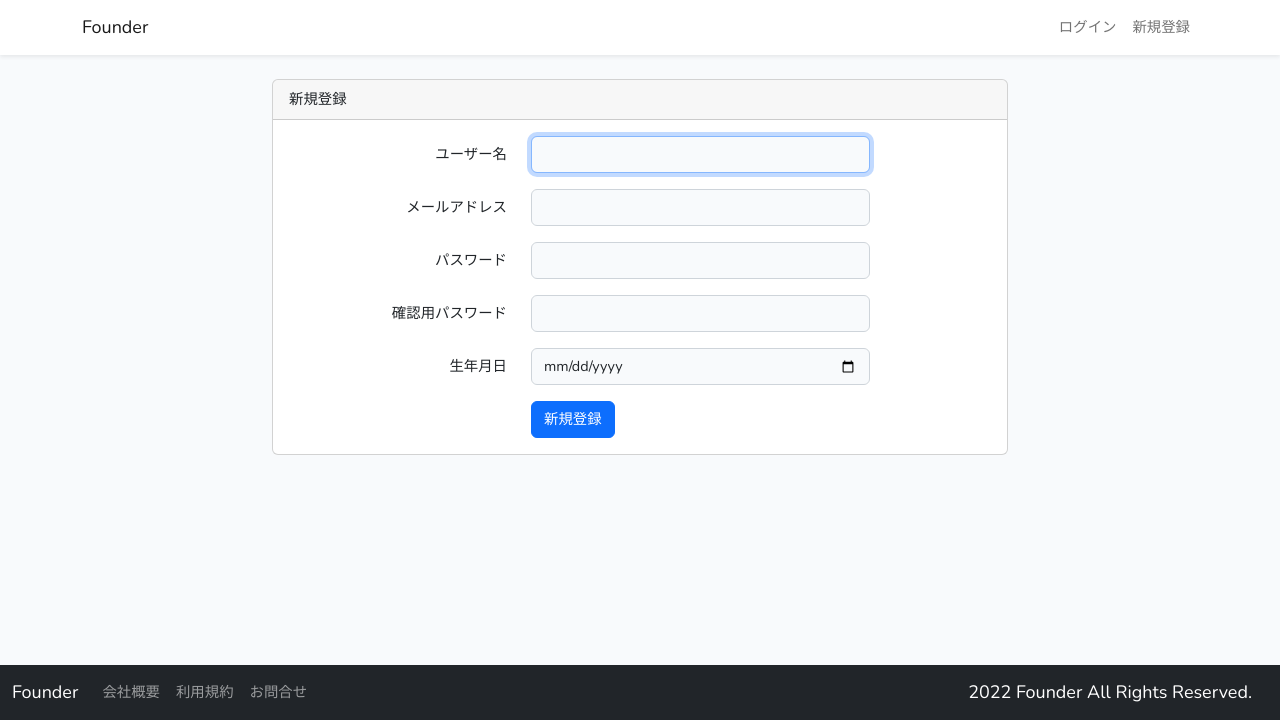
Repository: kazuro-yasuda/Founder_01
Page: http://localhost/register
The author's editor kept a record of every edit. The page is drawn from the files as they stood at one moment, then again after the next edit.
The browser window is 1280 px wide. The pictures show the whole page.
The page is served by the project's Laravel application, run on PHP 8.4 with Laravel 9. Other server files are loaded and not shown.

Above is the page before.
Console error: TypeError: Cannot set properties of null (setting 'onclick')

### cms/app/Providers/AppServiceProvider.php
<?php

namespace App\Providers;

use Illuminate\Support\ServiceProvider;
use Illuminate\Routing\UrlGenerator;//この行を追加

class AppServiceProvider extends ServiceProvider
{
    /**
     * Register any application services.
     *
     * @return void
     */
    public function register()
    {
        //
    }

    /**
     * Bootstrap any application services.
     *
     * @return void
     */
    public function boot(UrlGenerator $url)
    {
        $url->forceScheme('https');
    }
}

### cms/routes/web.php
<?php

use Illuminate\Support\Facades\Route;
use Illuminate\Http\Request;
use App\Http\Controllers\WelcomeFounderController;
use App\Http\Controllers\ItemsController;
use App\Http\Controllers\ItemController;
use App\Http\Controllers\ItemsAdminController;
use App\Http\Controllers\CompareController;
use App\Http\Controllers\MediumCategoryController;
use App\Http\Controllers\ImageController;
use App\Http\Controllers\ItemDetailController;



/*
|--------------------------------------------------------------------------
| Web Routes
|--------------------------------------------------------------------------
|
| Here is where you can register web routes for your application. These
| routes are loaded by the RouteServiceProvider within a group which
| contains the "web" middleware group. Now create something great!
|
*/
//[ ユーザー側の画面関係]

//トップページ表示
Route::get('/', [WelcomeFounderController::class, 'index']);

//中カテゴリーページ表示
Route::get('/categories',  [MediumCategoryController::class, 'index']);

//商品一覧ページ表示
Route::get('/items',   [ItemsController::class, 'index']);

// いいねボタン
 Route::post('/items/{item_id}', [ItemsController::class, 'nice']);

//商品詳細ページ表示
Route::get('/item/{id}', [ItemController::class, 'index']);


//「気になるボタン」uniteテーブル・中間テーブルに保存
Route::post('/compare/create', [CompareController::class, 'create']);

//「気になるボタン」比較ページ表示
Route::post('/compare/{item_unite_id}', [CompareController::class, 'intereste']);

//中間テーブルのデータをもとに比較画面表示
//Route::get('/compare/{unite_id}', [CompareController::class, 'index']);





//[ 管理者側の画面関係]
// ①商品の追加ダッシュボード表示(items_admin.blade.php)
 Route::get('/items_admin', [ItemsAdminController::class, 'index']);

 // ②商品を追加
 Route::post('/add_item', [ItemsAdminController::class, 'store']);


// //③商品更新処理
// Route::post('/@@@',[ItemsAdminController::class, 'update']);

// //④商品削除
// Route::delete('/@@@k/{@@@}',[ItemsAdminController::class, 'destroy']);


//画像アップロード画面表示
//Route::get('/image', [ImageController::class, 'index']);

//画像アップロード処理
//Route::post('/image/upload',[ImageController::class, 'upload']);




Auth::routes();

Route::get('/home', [App\Http\Controllers\HomeController::class, 'index'])->name('home');

### cms/resources/views/auth/register.blade.php
@extends('layouts.app')

@section('content')
<div class="container">
    <div class="row justify-content-center">
        <div class="col-md-8">
            <div class="card">
                <div class="card-header">{{ __('新規登録') }}</div>

                <div class="card-body">
                    <form method="POST" action="{{ route('register') }}">
                        @csrf

                         <!--会員種別-->
                        <!--<div class="row mb-3">-->
                        <!--    <label for="role_id" class="col-md-4 col-form-label text-md-end">{{ __('会員種別') }}</label>-->

                        <!--    <div class="col-md-6">-->
                        <!--        <input id="role_id" type="integer" class="form-control @error('role_id') is-invalid @enderror" name="role_id" value="{{ old('role_id') }}" required autocomplete="role_id" autofocus>-->

                        <!--        @error('role_id')-->
                        <!--            <span class="invalid-feedback" role="alert">-->
                        <!--                <strong>{{ $message }}</strong>-->
                        <!--            </span>-->
                        <!--        @enderror-->
                        <!--    </div>-->
                        <!--</div>-->

                        <!--ユーザー名-->
                        <div class="row mb-3">
                            <label for="name" class="col-md-4 col-form-label text-md-end">{{ __('ユーザー名') }}</label>

                            <div class="col-md-6">
                                <input id="name" type="string" class="form-control @error('name') is-invalid @enderror" name="name" value="{{ old('name') }}" required autocomplete="name" autofocus>

                                @error('name')
                                    <span class="invalid-feedback" role="alert">
                                        <strong>{{ $message }}</strong>
                                    </span>
                                @enderror
                            </div>
                        </div>



                        <!--メールアドレス-->
                        <div class="row mb-3">
                            <label for="email" class="col-md-4 col-form-label text-md-end">{{ __('メールアドレス') }}</label>

                            <div class="col-md-6">
                                <input id="email" type="string" class="form-control @error('email') is-invalid @enderror" name="email" value="{{ old('email') }}" required autocomplete="email">

                                @error('email')
                                    <span class="invalid-feedback" role="alert">
                                        <strong>{{ $message }}</strong>
                                    </span>
                                @enderror
                            </div>
                        </div>

                        <!--パスワード-->
                        <div class="row mb-3">
                            <label for="password" class="col-md-4 col-form-label text-md-end">{{ __('パスワード') }}</label>

                            <div class="col-md-6">
                                <input id="password" type="password" class="form-control @error('password') is-invalid @enderror" name="password" required autocomplete="new-password">

                                @error('password')
                                    <span class="invalid-feedback" role="alert">
                                        <strong>{{ $message }}</strong>
                                    </span>
                                @enderror
                            </div>
                        </div>

                         <!--確認用パスワード-->
                        <div class="row mb-3">
                            <label for="password-confirm" class="col-md-4 col-form-label text-md-end">{{ __('確認用パスワード') }}</label>

                            <div class="col-md-6">
                                <input id="password-confirm" type="string" class="form-control" name="password_confirmation" required autocomplete="new-password">
                            </div>
                        </div>


                         <!--性別-->
                        <!--<div class="row mb-3">-->
                        <!--    <label for="gender" class="col-md-4 col-form-label text-md-end">{{ __('性別') }}</label>-->

                        <!--    <div class="col-md-6">-->
                        <!--        <input id="gender" type="tinyint" class="form-control @error('gender') is-invalid @enderror" name="gender" value="{{ old('gender') }}" required autocomplete="gender" autofocus>-->

                        <!--        @error('gender')-->
                        <!--            <span class="invalid-feedback" role="alert">-->
                        <!--                <strong>{{ $message }}</strong>-->
                        <!--            </span>-->
                        <!--        @enderror-->
                        <!--    </div>-->
                        <!--</div>-->

                        <!--生年月日-->
                        <div class="row mb-3">
                            <label for="birthday" class="col-md-4 col-form-label text-md-end">{{ __('生年月日') }}</label>

                            <div class="col-md-6">
                                <input id="birthday" type="date" class="form-control @error('birthday') is-invalid @enderror" name="birthday" value="{{ old('birthday') }}" required autocomplete="birthday" autofocus>

                                @error('birthday')
                                    <span class="invalid-feedback" role="alert">
                                        <strong>{{ $message }}</strong>
                                    </span>
                                @enderror
                            </div>
                        </div>



                        <!--送信ボタン-->
                        <div class="row mb-0">
                            <div class="col-md-6 offset-md-4">
                                <button type="submit" class="btn btn-primary">
                                    {{ __('新規登録') }}
                                </button>
                            </div>
                        </div>
                    </form>
                </div>
            </div>
        </div>
    </div>
</div>
@endsection

### cms/resources/views/layouts/app.blade.php
<!doctype html>
<html lang="{{ str_replace('_', '-', app()->getLocale()) }}">
<head>
    <meta charset="utf-8">
    <meta name="viewport" content="width=device-width, initial-scale=1">

    <!-- CSRF Token -->
    <meta name="csrf-token" content="{{ csrf_token() }}">

    <title>{{ config('app.name', 'Laravel') }}</title>

    <!-- Scripts -->
    <script src="{{ asset('js/app.js') }}" defer></script>
    <script src="{{ asset('js/intereste_btn.js') }}" defer></script>

    <!-- Fonts -->
    <link rel="dns-prefetch" href="//fonts.gstatic.com">
    <link href="https://fonts.googleapis.com/css?family=Nunito" rel="stylesheet">

    <!-- Styles -->
    <link href="{{ asset('css/app.css') }}" rel="stylesheet">
    <link href="{{ asset('css/items_ranking.css') }}" rel="stylesheet">

</head>
<body>
    <div id="app">
        <nav class="navbar navbar-expand-md navbar-light bg-white shadow-sm">
            <div class="container">

                <a class="navbar-brand" href="{{ url('/categories') }}">
                    {{ config('app.name', 'Founder') }}
                </a>
                <button class="navbar-toggler" type="button" data-bs-toggle="collapse" data-bs-target="#navbarSupportedContent" aria-controls="navbarSupportedContent" aria-expanded="false" aria-label="{{ __('Toggle navigation') }}">
                    <span class="navbar-toggler-icon"></span>
                </button>

                <div class="collapse navbar-collapse" id="navbarSupportedContent">
                    <!-- Left Side Of Navbar -->
                    <ul class="navbar-nav me-auto">

                    </ul>

                    <!-- Right Side Of Navbar -->
                    <ul class="navbar-nav ms-auto">
                        <!-- Authentication Links -->
                        @guest
                            @if (Route::has('login'))
                                <li class="nav-item">
                                    <a class="nav-link" href="{{ route('login') }}">{{ __('ログイン') }}</a>
                                </li>
                            @endif

                            @if (Route::has('register'))
                                <li class="nav-item">
                                    <a class="nav-link" href="{{ route('register') }}">{{ __('新規登録') }}</a>
                                </li>
                            @endif
                        @else
                            <li class="nav-item dropdown">
                                <a id="navbarDropdown" class="nav-link dropdown-toggle" href="#" role="button" data-bs-toggle="dropdown" aria-haspopup="true" aria-expanded="false" v-pre>
                                    {{ Auth::user()->name }}
                                </a>

                                <div class="dropdown-menu dropdown-menu-end" aria-labelledby="navbarDropdown">
                                    <a class="dropdown-item" href="{{ route('logout') }}"
                                       onclick="event.preventDefault();
                                                     document.getElementById('logout-form').submit();">
                                        {{ __('Logout') }}
                                    </a>

                                    <form id="logout-form" action="{{ route('logout') }}" method="POST" class="d-none">
                                        @csrf
                                    </form>
                                </div>
                            </li>
                        @endguest
                    </ul>
                </div>
            </div>
        </nav>

        <main class="py-4">
            @yield('content')
        </main>
    </div>



    <!--フッター-->
  <nav class="navbar fixed-bottom navbar-expand-sm navbar-dark bg-dark">
  <div class="container-fluid">
    <a class="navbar-brand" href="/">Founder</a>
    <button class="navbar-toggler" type="button" data-bs-toggle="collapse" data-bs-target="#navbarCollapse" aria-controls="navbarCollapse" aria-expanded="false" aria-label="Toggle navigation">
      <span class="navbar-toggler-icon"></span>
    </button>
    <div class="collapse navbar-collapse" id="navbarCollapse">
      <ul class="navbar-nav">

        <li class="nav-item">
          <a class="nav-link" href="#">会社概要</a>
        </li>
            <li class="nav-item">
          <a class="nav-link" href="#">利用規約</a>
        </li>
            <li class="nav-item">
          <a class="nav-link" href="#">お問合せ</a>
        </li>

      </ul>
      <a class="navbar-brand ms-auto bd-highlight">2022 Founder All Rights Reserved.</a>

    </div>
  </div>
</nav>


    <!--bootstrap-->
    <script src="https://cdn.jsdelivr.net/npm/bootstrap@5.0.2/dist/js/bootstrap.bundle.min.js" integrity="sha384-MrcW6ZMFYlzcLA8Nl+NtUVF0sA7MsXsP1UyJoMp4YLEuNSfAP+JcXn/tWtIaxVXM" crossorigin="anonymous"></script>

</body>
</html>

### cms/public/js/intereste_btn.js
function onchange(){

    //　①チェックが入ったら気になるボタンのhiddenにitem_idが追加される

    var inputs = document.querySelectorAll('input[type=checkbox]');
    console.log(inputs);




    // document.getElementById("hidden_item").value = "item_id";
    // console.log("test");

  //  let item_id = '1,2,3,4,5';
 //   item_id.split(',')  // ['1', '2', '3']


    // 　②上記で取得した値(item_id)を、比較ボタンのhidden(items[])に追加する
  //  document.getElementById("compare_item").value= "item_id";



}

console.log("testtest");

var inputs = document.querySelectorAll('input[type=checkbox]');
document.getElementById('compare').onclick = function(){
     for(var i=0; i<inputs.length; i++) {
         if(inputs[i].checked){
             console
         }
         console.log(inputs[i].value) ;
     }
    // somethingChanged();
}

console.log(inputs);
console.log("testtest2");



// function onchange() {

//     let element;
//     if(document.getElementById("checkbox").checked) {

//   　　　  // チェックが入っていたら、「比較画面」への送信ボタンのdisabledを外す
//         element = document.getElementById("compare");
//         element.disabled = false;

//     }else {
//         // チェックが外れていたら、「比較画面」への送信ボタンにdisabledを付ける
//         element = document.getElementById("compare");
//         element.disabled = true;
//     }

// }

### cms/public/css/items_ranking.css

.ranking {
  counter-reset: rank;
  list-style: none
}

.ranking li {
  position: relative;
  float: left;
}

.ranking li:not(:last-child) {
  margin-bottom: 10px;
}

.ranking li::before { /* ラベルのスタイル */
  content: "";
  position: absolute;
  border-bottom: 100px solid transparent;
  border-left: 100px solid rgba(0,0,0,0.8);
}

.ranking li::after { /* 順位（文字）のスタイル */
  counter-increment: rank;
  content: counter(rank) " 位";
  position: absolute;
  top: 10px;
  left: 10px;
  font-size: 1.2em;
  color: #fff;
}

Loaded but not shown: cms/app/Http/Controllers/Auth/ConfirmPasswordController.php (common file); cms/app/Http/Controllers/Controller.php (common file); cms/app/Http/Controllers/Auth/RegisterController.php (common file); cms/public/css/app.css (library)

After the next edit:
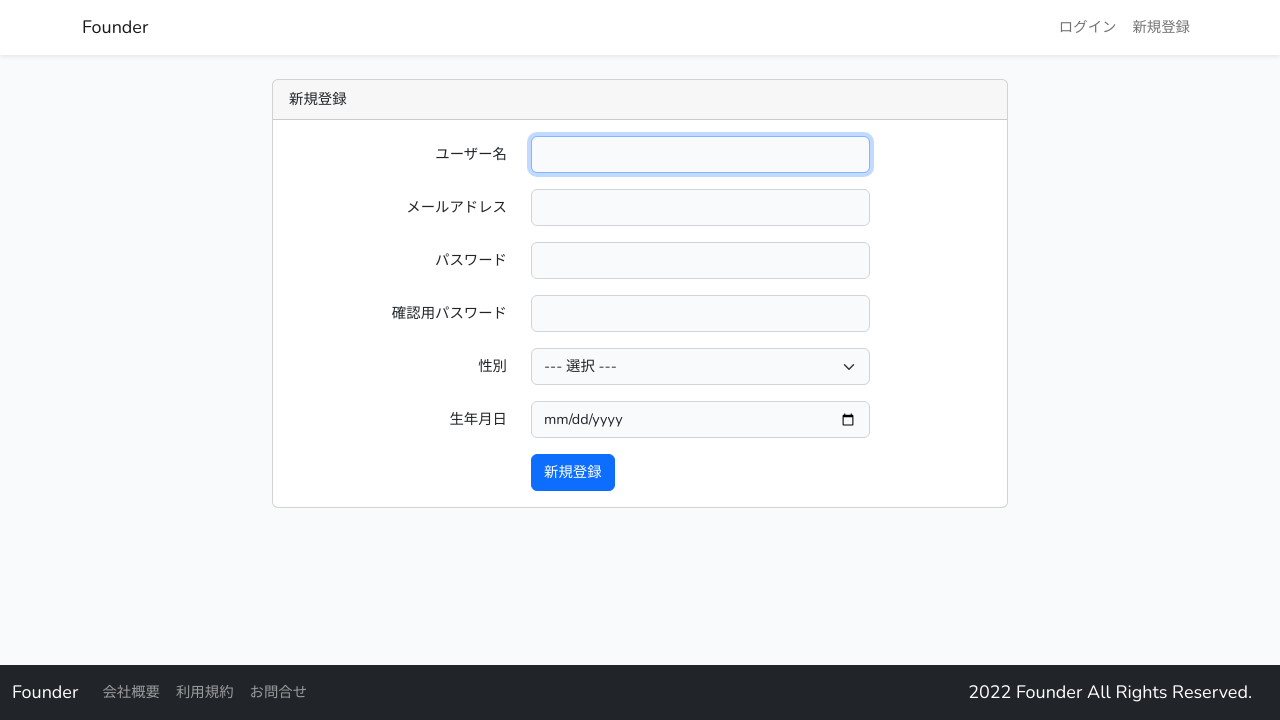
The edit:
--- a/cms/resources/views/auth/register.blade.php
+++ b/cms/resources/views/auth/register.blade.php
@@ -84,19 +84,25 @@
 
 
                          <!--性別-->
-                        <!--<div class="row mb-3">-->
-                        <!--    <label for="gender" class="col-md-4 col-form-label text-md-end">{{ __('性別') }}</label>-->
+                        <div class="row mb-3">
+                            <label for="gender" class="col-md-4 col-form-label text-md-end">{{ __('性別') }}</label>
 
-                        <!--    <div class="col-md-6">-->
-                        <!--        <input id="gender" type="tinyint" class="form-control @error('gender') is-invalid @enderror" name="gender" value="{{ old('gender') }}" required autocomplete="gender" autofocus>-->
+                            <div class="col-md-6">
+                                <select type="tinyint" name="gender" class="form-select @error('gender') is-invalid @enderror" aria-label="Default select example">
+                                  <option selected>--- 選択 ---</option>
+                                  <option value="1" name="男">男</option>
+                                  <option value="2" name="女">女</option>
+                                  <option value="3" name="その他">その他</option>
+                                </select>
+                            </div>
 
-                        <!--        @error('gender')-->
-                        <!--            <span class="invalid-feedback" role="alert">-->
-                        <!--                <strong>{{ $message }}</strong>-->
-                        <!--            </span>-->
-                        <!--        @enderror-->
-                        <!--    </div>-->
-                        <!--</div>-->
+                                @error('gender')
+                                    <span class="invalid-feedback" role="alert">
+                                        <strong>{{ $message }}</strong>
+                                    </span>
+                                @enderror
+                        </div>
+
 
                         <!--生年月日-->
                         <div class="row mb-3">
